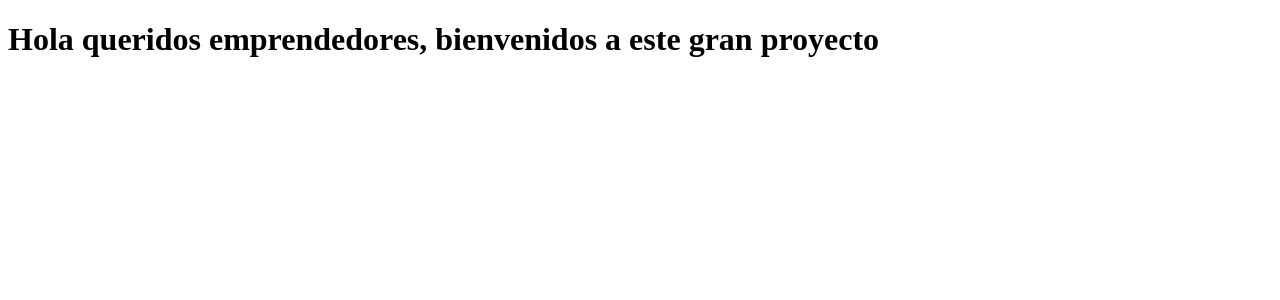
Repository: alanmtz9008/MyWeb
Page: web.html
An editor plug-in stored every save of this project. The page is shown before and after the next save, followed by the edit.
The browser window is 1280 px wide. The pictures show the whole page.

Above is the page before, as saved 2023-10-12 18:36:55.

### web.html
<!DOCTYPE html>
<html>
    <head>
        <title> Myweb </title>
    </head>
    <body>
        <div>
            <h1>
                Hola queridos emprendedores, bienvenidos a este gran proyecto
            </h1>
        </div>
    </body>
</html>

After the next save:
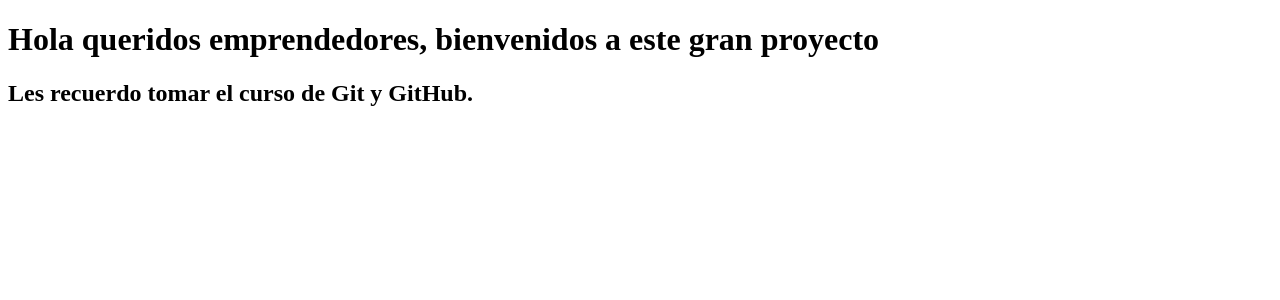
Saved 24 h 52 min later.
--- a/web.html
+++ b/web.html
@@ -8,6 +8,9 @@
             <h1>
                 Hola queridos emprendedores, bienvenidos a este gran proyecto
             </h1>
+            <h2>
+                Les recuerdo tomar el curso de Git y GitHub.
+            </h2>
         </div>
     </body>
 </html>
